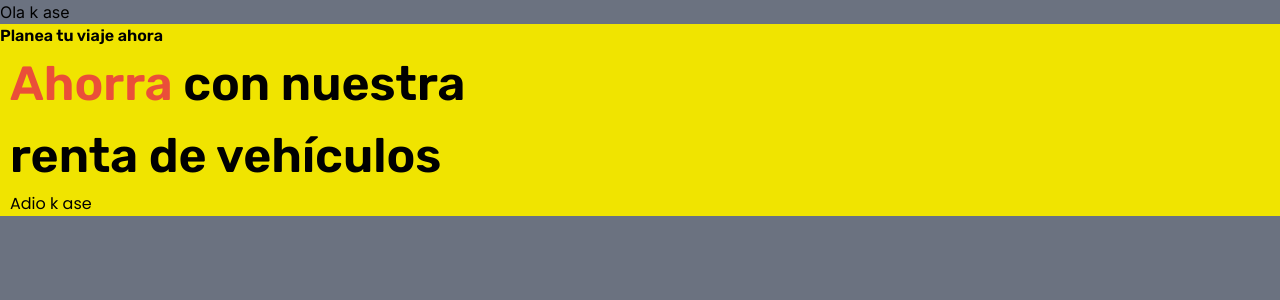
Repository: aldovelacasas/PF_RentCar2
Page: /homePage
These files come from the project's save history. The page is drawn as it stood at one moment and after the next save; the edit follows.
The browser window is 1280 px wide. The pictures show the whole page.
The project was rebuilt for these pictures with package versions that can differ from the ones it lists, and the page was loaded fresh each time. The framework's server and built-in components were replaced by stand-ins that run in the browser. Also part of the build but not shown: next.config.js.

Above is the page before, as saved 2023-08-29 18:59:20.

After the next save:
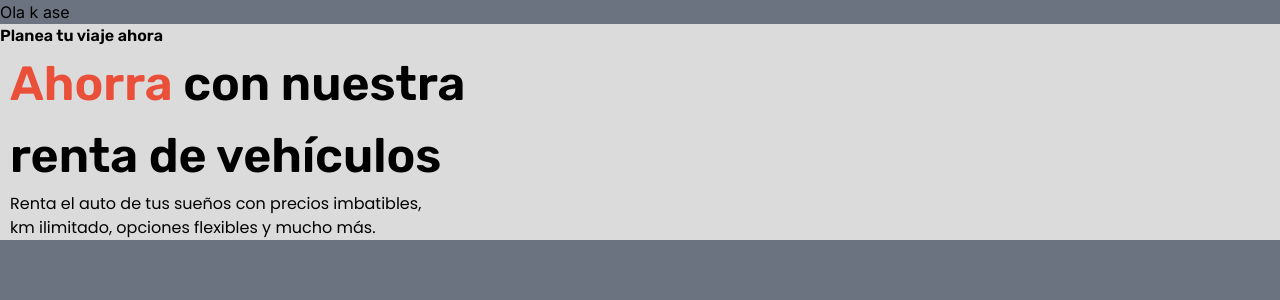
Saved 91 s later.
--- a/src/app/homePage/page.jsx
+++ b/src/app/homePage/page.jsx
@@ -14,7 +14,7 @@ const rubik = fontRubik.className;
 
 function HomePage() {
   return (
-    <div className={`bg-amarillo_status ${rubik} space-y-0 space-x-2.5`}>
+    <div className={`bg-gris_fondo ${rubik} space-y-0 space-x-2.5`}>
       <p className={`${poppins.className}`}>Planea tu viaje ahora</p>
       <p className="text-[3em] mb-0 pb-0">
         <span className="text-naranja_enf mb-0 pb-0">Ahorra </span>
@@ -22,7 +22,12 @@ function HomePage() {
       </p>
       <p className="text-[3em] mt-0 pt-0">renta de vehículos</p>
       <div>
-        <p className={`${poppins}`}>Adio k ase</p>
+        <p className={`${poppins}`}>
+          Renta el auto de tus sueños con precios imbatibles,
+        </p>
+        <p className={`${poppins}`}>
+          km ilimitado, opciones flexibles y mucho más.
+        </p>
       </div>
     </div>
   );
